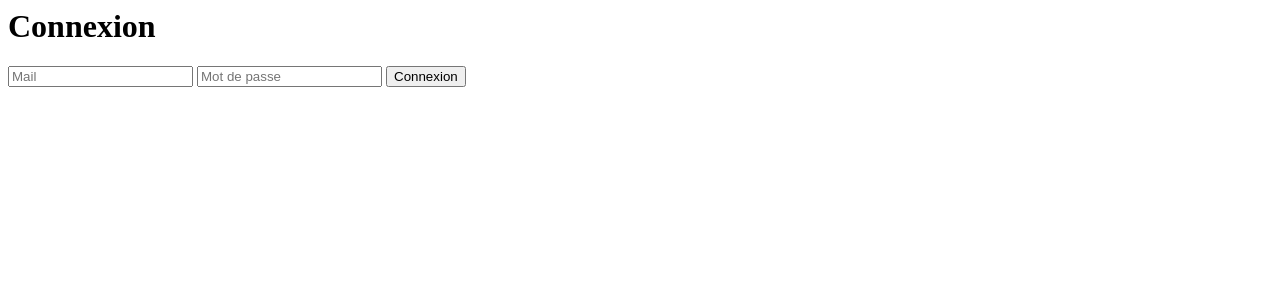
Repository: Anta221/Hackathon-front
Page: src/loginForm.html
These files come from the project's save history. The page is drawn as it stood at one moment and after the next save; the edit follows.
The browser window is 1280 px wide. The pictures show the whole page.

Above is the page before, as saved 2020-11-26 14:41:36.

After the next save:
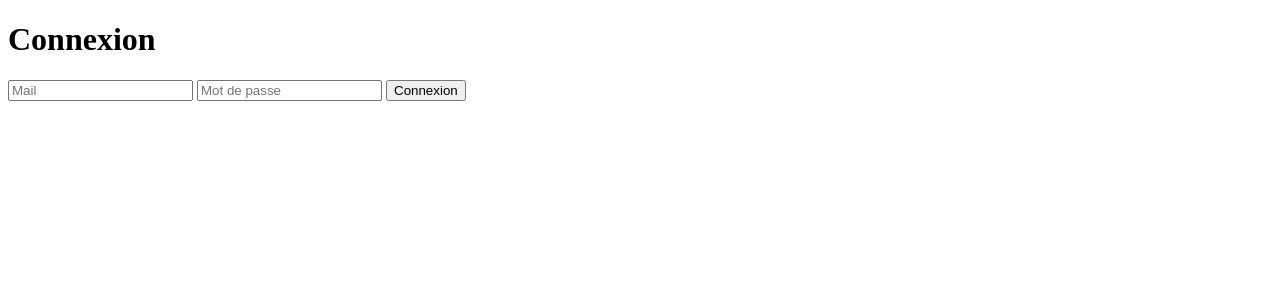
Saved 3 min 50 s later.
--- a/src/loginForm.html
+++ b/src/loginForm.html
@@ -1,9 +1,23 @@
-<script src="scripts/login.js" text="text/javascript"></script>
-<div class="login">
-    <h1>Connexion</h1>
-      <form method="post" action="" onsubmit="login();">
-        <input type="email" name="email" placeholder="Mail" required="required" />
-        <input type="password" name="password" placeholder="Mot de passe" required="required" />
-          <button type="submit" class="btn btn-primary btn-block btn-large"  >Connexion</button>
-      </form>
-  </div>
+<!DOCTYPE html>
+<html lang="en">
+
+<head>
+    <meta charset="UTF-8">
+    <meta name="viewport" content="width=device-width, initial-scale=1.0">
+    <title>Document</title>
+</head>
+
+<body>
+    <script src="scripts/login.js" text="text/javascript"></script>
+    <div class="login">
+        <h1>Connexion</h1>
+        <form method="post" action="" onsubmit="login();">
+            <input type="email" name="email" placeholder="Mail" required="required" />
+            <input type="password" name="password" placeholder="Mot de passe" required="required" />
+            <button type="submit" class="btn btn-primary btn-block btn-large">Connexion</button>
+        </form>
+    </div>
+
+</body>
+
+</html>
